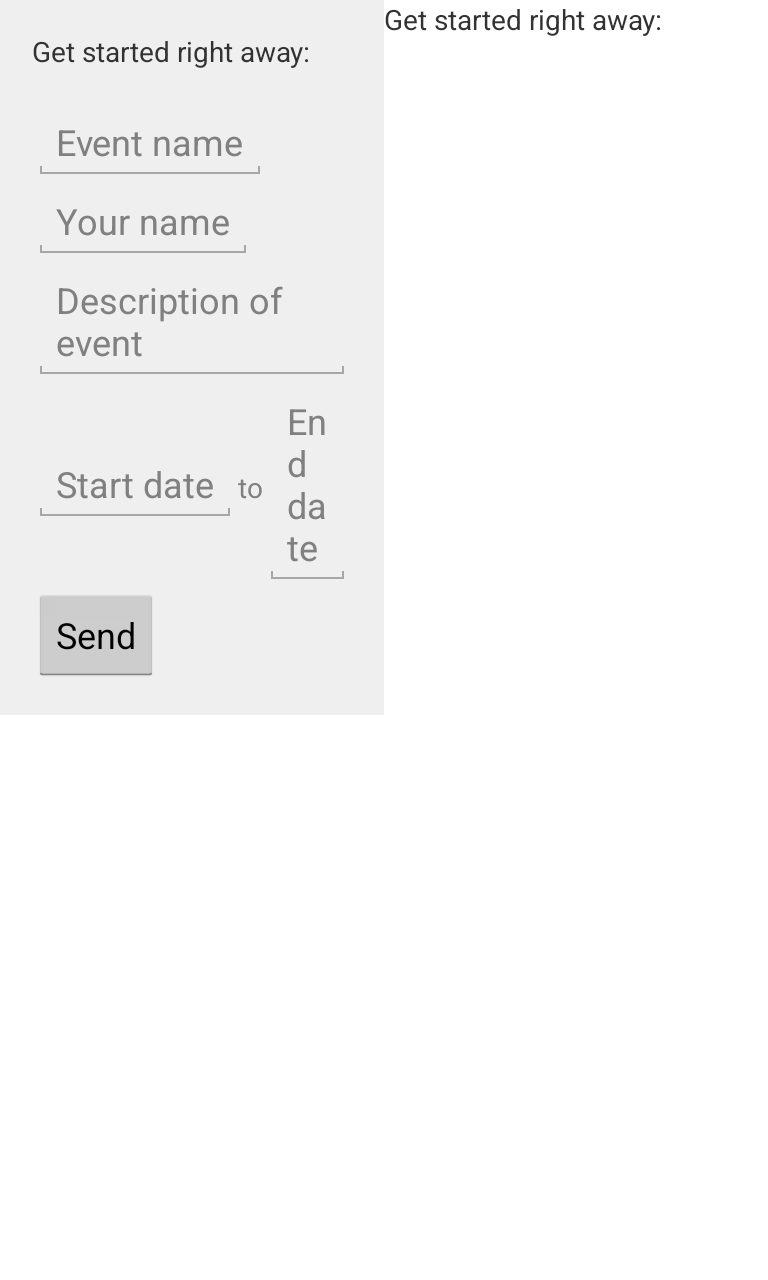
Repository: Raytray/WTFIIMC
Layout: Android/WTFIIMC/res/layout/activity_main.xml
An editor plug-in stored every save of this project. The layout is shown before and after the next save, followed by the edit.
It is drawn on a 768 x 1280 px phone screen (xhdpi) without system bars, with theme AppTheme; the app's code is not run.

Above is the layout before, as saved 2013-10-28 02:36:25.

### Android/WTFIIMC/res/layout/activity_main.xml
<TableLayout xmlns:android="http://schemas.android.com/apk/res/android"
			    xmlns:tools="http://schemas.android.com/tools"
    android:layout_width="fill_parent"
    android:layout_height="fill_parent"
    android:stretchColumns="1" >
    <TableRow>

        <FrameLayout
                android:layout_height="wrap_content"
                android:layout_width="0dp"
                android:layout_weight="1">
	    <ScrollView android:layout_width="fill_parent"
            	android:layout_height="fill_parent"
            	android:background="#efefef">
            <LinearLayout
			    android:layout_width="match_parent"
			    android:layout_height="match_parent"
			    android:paddingBottom="@dimen/activity_vertical_margin"
			    android:paddingLeft="@dimen/activity_horizontal_margin"
			    android:paddingRight="@dimen/activity_horizontal_margin"
			    android:paddingTop="@dimen/activity_vertical_margin"
			    android:orientation="vertical"
			    tools:context=".MainActivity" >

			    <TextView
			        android:layout_width="wrap_content"
			        android:layout_height="wrap_content"
			        android:text="@string/hello_world" />
				<EditText android:id="@+id/event_name"
			        android:layout_width="wrap_content"
			        android:layout_height="wrap_content"
			        android:hint="@string/prompt_event_name" />
				<EditText android:id="@+id/owner_name"
			        android:layout_width="wrap_content"
			        android:layout_height="wrap_content"
			        android:hint="@string/prompt_owner_name" />
				<EditText android:id="@+id/event_desc"
			        android:layout_width="wrap_content"
			        android:layout_height="wrap_content"
			        android:hint="@string/prompt_event_desc" />
				<LinearLayout
				    android:layout_width="match_parent"
				    android:layout_height="match_parent"
				    android:orientation="horizontal">
				<EditText android:id="@+id/start_date"
			        android:layout_width="wrap_content"
			        android:layout_height="wrap_content"
			        android:hint="@string/prompt_start_date" />
				<TextView
				    android:layout_width="wrap_content"
			        android:layout_height="wrap_content"
				    android:hint="@string/date_to"/>
				<EditText android:id="@+id/end_date"
			        android:layout_width="wrap_content"
			        android:layout_height="wrap_content"
			        android:hint="@string/prompt_end_date" />
				</LinearLayout>
				<Button
			        android:layout_width="wrap_content"
			        android:layout_height="wrap_content"
			        android:text="@string/button_send" />
			</LinearLayout>
		</ScrollView>
		</FrameLayout>

		<FrameLayout
                android:layout_height="wrap_content"
                android:layout_width="0dp"
                android:layout_weight="1">
	    	<TextView
			        android:layout_width="wrap_content"
			        android:layout_height="wrap_content"
			        android:text="@string/hello_world" />
	    </FrameLayout>

    </TableRow>

</TableLayout>

### Android/WTFIIMC/res/values/strings.xml
<?xml version="1.0" encoding="utf-8"?>
<resources>

    <string name="app_name">WTFIIMC</string>
    <string name="action_settings">Settings</string>
    <string name="hello_world">Get started right away:\n</string>

    <string name="prompt_event_name">Event name</string>
    <string name="prompt_owner_name">Your name</string>
    <string name="prompt_start_date">Start date</string>
    <string name="date_to"> to </string>
    <string name="prompt_event_desc">Description of event</string>
    <string name="prompt_end_date">End date</string>
    <string name="button_send">Send</string>
    <string name="title_activity_main">MainActivity</string>
</resources>

Loaded but not shown: Android/WTFIIMC/res/values/styles.xml (common file); Android/WTFIIMC/res/values-v11/styles.xml (common file); Android/WTFIIMC/res/values-v14/styles.xml (common file); Android/WTFIIMC/res/values/dimens.xml (common file)

After the next save:
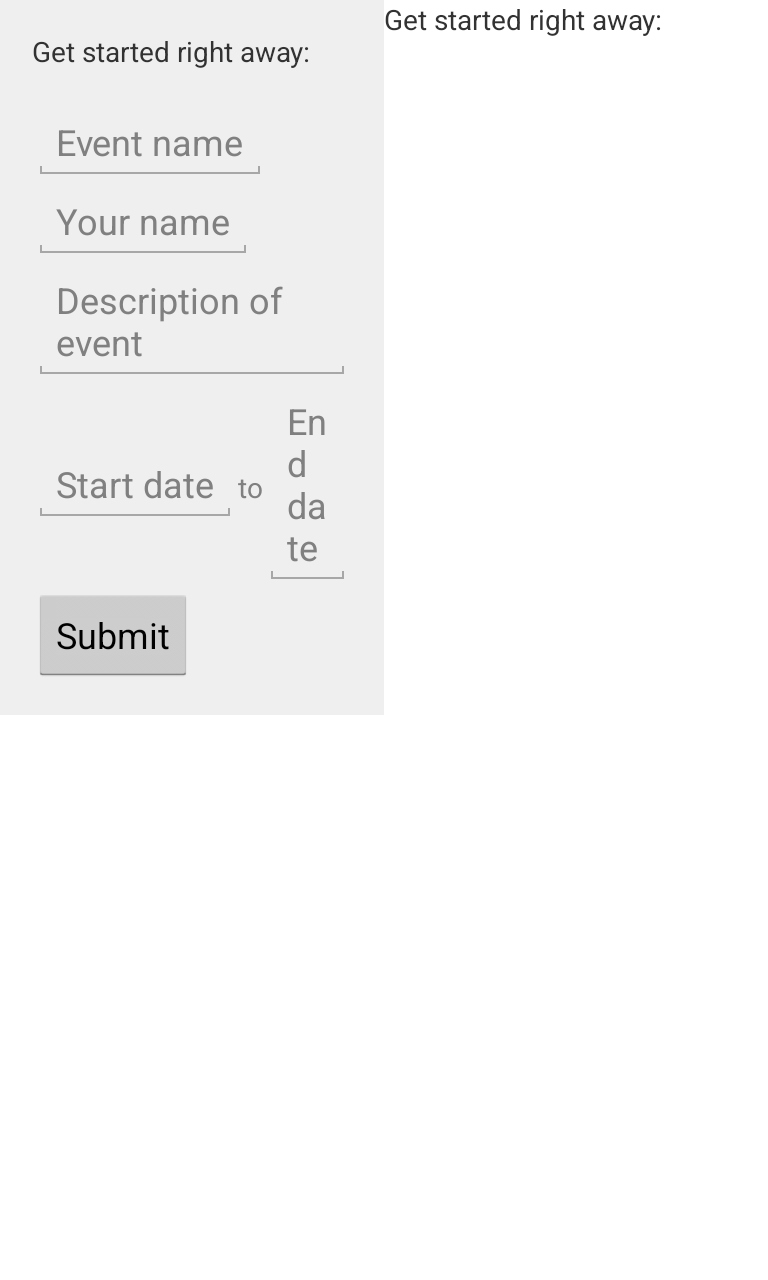
Saved 43 s later.
--- a/Android/WTFIIMC/res/values/strings.xml
+++ b/Android/WTFIIMC/res/values/strings.xml
@@ -11,6 +11,6 @@
     <string name="date_to"> to </string>
     <string name="prompt_event_desc">Description of event</string>
     <string name="prompt_end_date">End date</string>
-    <string name="button_send">Send</string>
+    <string name="button_send">Submit</string>
     <string name="title_activity_main">MainActivity</string>
 </resources>
